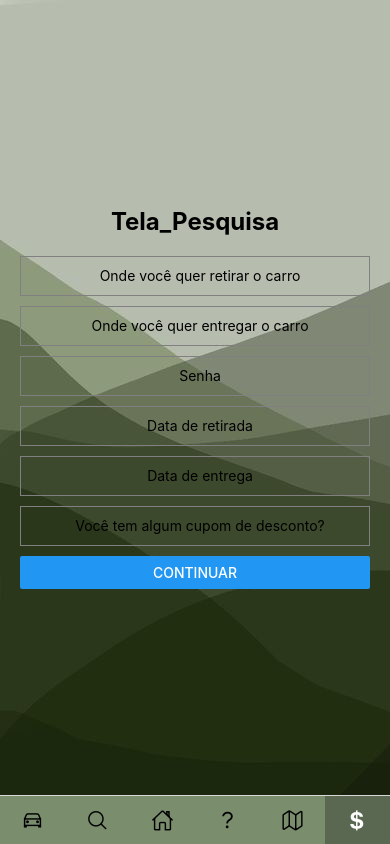
Repository: GabrielAron/EcoWheels
Page: /Pagamento
The author's editor kept a copy of each file at every save. The page is drawn from the files as they stood at one save, then again after the next save.
The browser window is 390 px wide. The pictures show the whole page.
The app was drawn by React Native's web renderer in a window 390 px wide. The project was rebuilt for these pictures with package versions that can differ from the ones it lists, and the page was loaded fresh each time. Also part of the build but not shown: src/Paginas/Home/index.js, src/Paginas/Carros/index.js, src/Paginas/Ajuda/index.js, src/Paginas/Mapa/index.js.

Above is the page before, as saved 2023-11-24 14:29:59.

### App.js
import React from 'react';
import Routes from './src/Paginas/routes';
import { ReservaProvider } from './src/Paginas/ReservaContext';


function App() {
  return (
    <ReservaProvider>
      <Routes />
    </ReservaProvider>
  );
}

export default App;

### src/Paginas/routes.js
import React from 'react';
import { createBottomTabNavigator } from '@react-navigation/bottom-tabs';
import { NavigationContainer } from '@react-navigation/native';
import { Ionicons } from '@expo/vector-icons';

import Home from './Home';
import Explorar from './Carros';
import Ajuda from './Ajuda';
import Reservas from './Locacoes';
import Recarga from './Mapa';
import Pagamento from './Pagamento/pagamento';

const Tab = createBottomTabNavigator();

export default function Routes() {
  return (
    <NavigationContainer>
      <Tab.Navigator
        tabBarOptions={{
          showLabel: false, // Oculta as etiquetas de texto das guias
          tabBarStyle: {
            position: 'absolute',
            backgroundColor: '#7A8D6D',
            height:700,
          },
          tabStyle: {
            elevation: 0,
          },
          inactiveBackgroundColor: '#7A8D6D',
          activeBackgroundColor: '#5A6851',
        }}
      >
        <Tab.Screen
          name="Reservas"
          component={Reservas}
          options={{
            headerShown: false,
            tabBarIcon: ({ color, size, focused }) => {
              if (focused) {
                return <Ionicons name="md-car" size={23} color="#FFF" />;
              } else {
                return <Ionicons name="md-car-outline" size={23} color="#000000" />;
              }
            },
          }}
        />
        <Tab.Screen
          name="Explorar"
          component={Explorar}
          options={{
            headerShown: false,
            tabBarIcon: ({ color, size, focused }) => {
              if (focused) {
                return <Ionicons name="md-search" size={23} color="#FFF" />;
              } else {
                return <Ionicons name="md-search-outline" size={23} color="#000000" />;
              }
            },
          }}
        />
        <Tab.Screen
          name="Home"
          component={Home}
          options={{
            headerShown: false,
            tabBarIcon: ({ color, size, focused }) => {
              if (focused) {
                return <Ionicons name="md-home" size={23} color="#FFF" />;
              } else {
                return <Ionicons name="md-home-outline" size={23} color="#000000" />;
              }
            },
          }}
        />
        <Tab.Screen
          name="Ajuda"
          component={Ajuda}
          options={{
            headerShown: false,
            tabBarIcon: ({ color, size, focused }) => {
              if (focused) {
                return <Ionicons name="md-help" size={23} color="#FFF" />;
              } else {
                return <Ionicons name="md-help-outline" size={23} color="#000000" />;
              }
            },
          }}
        />
        <Tab.Screen
          name="Recarga"
          component={Recarga}
          options={{
            headerShown: false,
            tabBarIcon: ({ color, size, focused }) => {
              if (focused) {
                return <Ionicons name="md-map" size={23} color="#FFF" />;
              } else {
                return <Ionicons name="md-map-outline" size={23} color="#000000" />;
              }
            },
          }}
        />
         <Tab.Screen
          name="Pagamento"
          component={Pagamento}
          options={{
            headerShown: false,
            tabBarIcon: ({ color, size, focused }) => {
              if (focused) {
                return <Ionicons name="logo-usd" size={23} color="#FFF" />;

              } else {
                return <Ionicons name="logo-usd" size={23} color="#000000" />;
              }
            },
          }}
        />
      </Tab.Navigator>
    </NavigationContainer>
  );
}

### src/Paginas/ReservaContext.js
import React, { createContext, useState } from 'react';

export const ReservaContext = createContext();

export const ReservaProvider = ({ children }) => {
  const [reservas, setReservas] = useState([]);

  return (
    <ReservaContext.Provider value={{ reservas, setReservas }}>
      {children}
    </ReservaContext.Provider>
  );
};

### src/Paginas/Locacoes/index.js
import React, { useState, useContext } from 'react';
import { View, Text, ImageBackground, Button, StyleSheet, ScrollView, Modal, Alert } from 'react-native';
import Fundo from '/imagens/fundoverde.jpg';
import { ReservaContext } from '../ReservaContext'; // Atualize o caminho conforme necessário

const Card = ({ id, title, image }) => {
  const [modalVisible, setModalVisible] = useState(false);
  const { reservas, setReservas } = useContext(ReservaContext);
  const [carros, setCarros] = useState([

      { id: 1, title: "QUALIDADE PARA UM CONFORTO E ÓTIMO PASSEIO - Exquisite Cruiser 1.8", image: "https://cdn.leonardo.ai/users/cf8d0bec-5da3-4e6a-aed2-13735b2a6925/generations/a40b4ef5-35ec-4e32-a5ff-cc2ef5e85345/PhotoReal_make_a_background_image_for_a_cell_phone_application_2.jpg?w=512" },
      { id: 2, title: "DESIGN E CONFORTO EM UM - Rider GT 3.0", image: "https://cdn.leonardo.ai/users/cf8d0bec-5da3-4e6a-aed2-13735b2a6925/generations/a40b4ef5-35ec-4e32-a5ff-cc2ef5e85345/PhotoReal_make_a_background_image_for_a_cell_phone_application_3.jpg?w=512" },
      { id: 3, title: "FORÇA PARA DESAFIOS OFF-Road - Viper GT 3.0 ", image: "https://cdn.leonardo.ai/users/cf8d0bec-5da3-4e6a-aed2-13735b2a6925/generations/a0fe3adc-2c2f-4336-bc49-e57599170dd1/PhotoReal_faa_um_hummer_eltrico_novo_andando_por_uma_cidade_3.jpg?w=512" },
      { id: 4, title: "UM CARRO ANTIGO E ESTILOSO PARA OS AMANTES DE CLÁSSICOS - Bentley 1.8", image: "https://cdn.leonardo.ai/users/cf8d0bec-5da3-4e6a-aed2-13735b2a6925/generations/c6457b66-6149-4c4d-8408-99c27071dc1e/PhotoReal_faa_um_carro_eletrico_executivo_andando_por_uma_cida_0.jpg?w=512" },
      { id: 5, title: "UM CARRO VERSÁTIL QUE ATENDE A TODAS AS NECESSIDADES FLEXUS X 1.0", image: "https://cdn.leonardo.ai/users/cf8d0bec-5da3-4e6a-aed2-13735b2a6925/generations/f62f0f84-2ea5-4c9d-a4e3-33ade848f3b2/PhotoReal_make_a_background_image_for_a_cell_phone_application_3.jpg?w=512" },
      { id: 6, title: "UMA OPÇÃO PERFEITA PARA QUEM BUSCA PRATICIDADE E CONFORTO - LUXURY DRIVE 1.6", image: "https://cdn.leonardo.ai/users/cf8d0bec-5da3-4e6a-aed2-13735b2a6925/generations/589507b8-d87b-4a85-b05e-c325ccebd6b6/PhotoReal_make_a_background_image_for_a_cell_phone_application_1.jpg?w=512" },
      { id: 7, title: "UM CARRO ESPORTIVO COM DESEMPENHO DE ALTA POTÊNCIA Vortex GT 5.0", image: "https://fotos-jornaldocarro-estadao.nyc3.cdn.digitaloceanspaces.com/wp-content/uploads/2023/01/13072602/Carro_esportivo.jpg" },
    ]);


  return (
    <View style={styles.card}>
      <ImageBackground source={{ uri: image }} style={styles.image}>
        <View style={styles.content}>
          <Text style={styles.title}>{title}</Text>
          <Button title="Reservar" onPress={() => setModalVisible(true)} />
        </View>
      </ImageBackground>

      <Modal
        animationType="slide"
        transparent={true}
        visible={modalVisible}
        onRequestClose={() => {
          Alert.alert("Modal has been closed.");
          setModalVisible(!modalVisible);
        }}
      >
        <View style={styles.centeredView}>
          <View style={styles.modalView}>
            <Text style={styles.modalText}>Deseja mesmo reservar o carro?</Text>

            <Button
              style={[styles.button, styles.buttonClose]}
              onPress={() => {
                setReservas([...reservas, { id, title, image }]);
                setCarros(carros.filter(carro => carro.id !== id));
                setModalVisible(!modalVisible);
              }}
              title="Sim"
            />
            <Button
              style={[styles.button, styles.buttonCancel]}
              onPress={() => setModalVisible(!modalVisible)}
              title="Não"
            />
          </View>
        </View>
      </Modal>
    </View>
  );
};

export default function Reservas() {
  return (
    <View style={styles.container}>
      <ImageBackground source={Fundo} style={styles.image}>
        <Text style={styles.text}>Carros</Text>
        <View style={styles.cardContainer}>
          <ScrollView showsVerticalScrollIndicator={false}>
            <Card id={1} title="QUALIDADE PARA UM CONFORTO E ÓTIMO PASSEIO - Exquisite Cruiser 1.8" image="https://cdn.leonardo.ai/users/cf8d0bec-5da3-4e6a-aed2-13735b2a6925/generations/a40b4ef5-35ec-4e32-a5ff-cc2ef5e85345/PhotoReal_make_a_background_image_for_a_cell_phone_application_2.jpg?w=512" />
            <Card id={2} title="DESIGN E CONFORTO EM UM - Rider GT 3.0" image="https://cdn.leonardo.ai/users/cf8d0bec-5da3-4e6a-aed2-13735b2a6925/generations/a40b4ef5-35ec-4e32-a5ff-cc2ef5e85345/PhotoReal_make_a_background_image_for_a_cell_phone_application_3.jpg?w=512" />
            <Card id={3} title="FORÇA PARA DESAFIOS OFF-Road - Viper GT 3.0 " image="https://cdn.leonardo.ai/users/cf8d0bec-5da3-4e6a-aed2-13735b2a6925/generations/a0fe3adc-2c2f-4336-bc49-e57599170dd1/PhotoReal_faa_um_hummer_eltrico_novo_andando_por_uma_cidade_3.jpg?w=512" />
            <Card id={4} title="UM CARRO ANTIGO E ESTILOSO PARA OS AMANTES DE CLÁSSICOS - Bentley 1.8" image="https://cdn.leonardo.ai/users/cf8d0bec-5da3-4e6a-aed2-13735b2a6925/generations/c6457b66-6149-4c4d-8408-99c27071dc1e/PhotoReal_faa_um_carro_eletrico_executivo_andando_por_uma_cida_0.jpg?w=512" />
            <Card id={5} title="UM CARRO VERSÁTIL QUE ATENDE A TODAS AS NECESSIDADES FLEXUS X 1.0" image="https://cdn.leonardo.ai/users/cf8d0bec-5da3-4e6a-aed2-13735b2a6925/generations/f62f0f84-2ea5-4c9d-a4e3-33ade848f3b2/PhotoReal_make_a_background_image_for_a_cell_phone_application_3.jpg?w=512" />
            <Card id={6} title="UMA OPÇÃO PERFEITA PARA QUEM BUSCA PRATICIDADE E CONFORTO - LUXURY DRIVE 1.6" image="https://cdn.leonardo.ai/users/cf8d0bec-5da3-4e6a-aed2-13735b2a6925/generations/589507b8-d87b-4a85-b05e-c325ccebd6b6/PhotoReal_make_a_background_image_for_a_cell_phone_application_1.jpg?w=512" />
            <Card id={7} title="UM CARRO ESPORTIVO COM DESEMPENHO DE ALTA POTÊNCIA Vortex GT 5.0" image="https://fotos-jornaldocarro-estadao.nyc3.cdn.digitaloceanspaces.com/wp-content/uploads/2023/01/13072602/Carro_esportivo.jpg" />
          </ScrollView>
        </View>
      </ImageBackground>
    </View>
  );
}


const styles = StyleSheet.create({
  container: {
    flex: 1,
  },
  image: {
    flex: 1,
    resizeMode: 'cover',
    justifyContent: 'center',
  },
  text: {
    color: '#fffbff',
    fontSize: 36,
    position: 'absolute',
    top: 50,
    left: 0,
    right: 0,
    fontWeight: 'bold',
    textAlign: 'center',
  },
  cardContainer: {
    flex: 1,
    alignItems: 'center',
    justifyContent: 'center',
    paddingTop: 200,
    paddingLeft: 75,
  },
  card: {
    width: '90%',
    height: 200,
    marginBottom: 45,
    borderRadius: 10,
    overflow: 'hidden',
  },
  image: {
    flex: 1,
    resizeMode: 'cover',
    justifyContent: 'center',
  },
  content: {
    padding: 10,
    alignItems: 'center',
    justifyContent: 'center',
  },
  title: {
    fontSize: 16,
    fontWeight: 'bold',
    color: '#fffbff',
  },
  overlay: {
    ...StyleSheet.absoluteFillObject,
    backgroundColor: 'rgba(128, 128, 128, 0.5)',
  },
  centeredView: {
    flex: 1,
    justifyContent: "center",
    alignItems: "center",
    marginTop: 22
  },
  modalView: {
    margin: 20,
    backgroundColor: "white",
    borderRadius: 20,
    padding: 35,
    alignItems: "center",
    shadowColor: "#000",
    shadowOffset: {
      width: 0,
      height: 2
    },
    shadowOpacity: 0.25,
    shadowRadius: 4,
    elevation: 5
  },
  button: {
    borderRadius: 20,
    padding: 10,
    elevation: 2
  },
  buttonClose: {
    backgroundColor: "#2196F3",
  },
  buttonCancel: {
    backgroundColor: "#f00",
  },
  modalText: {
    marginBottom: 15,
    textAlign: "center"
  }
});

### src/Paginas/Pagamento/pagamento.js
import React from 'react';
import { View, Text, TextInput, Button, StyleSheet, ImageBackground } from 'react-native';
import Fundo from './imagens/fundoverde.jpg';

export default function Pagamento() {
  return (
    <ImageBackground source={Fundo} style={styles.image}>
      <View style={styles.container}>
        <Text style={styles.title}>Tela_Pesquisa</Text>
        <TextInput style={styles.input} placeholder="Onde você quer retirar o carro" />
        <TextInput style={styles.input} placeholder="Onde você quer entregar o carro" />
        <TextInput style={styles.input} placeholder="Senha" secureTextEntry={true} />
        <TextInput style={styles.input} placeholder="Data de retirada" />
        <TextInput style={styles.input} placeholder="Data de entrega" />
        <TextInput style={styles.input} placeholder="Você tem algum cupom de desconto?" />
        <Button title="Continuar" onPress={() => {}} />
      </View>
    </ImageBackground>
  );
}

const styles = StyleSheet.create({
  container: {
    flex: 1,
    justifyContent: 'center',
    padding: 20,
  },
  image: {
    flex: 1,
    resizeMode: 'cover',
    justifyContent: 'center',
  },
  title: {
    fontSize: 24,
    fontWeight: 'bold',
    textAlign: 'center',
    marginBottom: 20,
  },
  input: {
    height: 40,
    borderColor: 'gray',
    borderWidth: 1,
    marginBottom: 10,
    paddingLeft: 10,
    textAlign: 'center',
  },
});

After the next save:
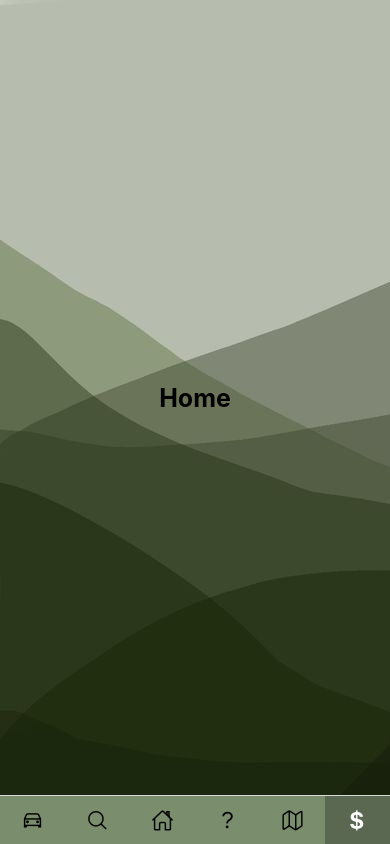
Saved 53 s later.
--- a/src/Paginas/Pagamento/pagamento.js
+++ b/src/Paginas/Pagamento/pagamento.js
@@ -1,47 +1,30 @@
-import React from 'react';
-import { View, Text, TextInput, Button, StyleSheet, ImageBackground } from 'react-native';
-import Fundo from './imagens/fundoverde.jpg';
 
-export default function Pagamento() {
+import { View, Text, ImageBackground, StyleSheet } from 'react-native';
+import Fundo from '/imagens/fundoverde.jpg';
+
+export default function pagamento() {
   return (
-    <ImageBackground source={Fundo} style={styles.image}>
-      <View style={styles.container}>
-        <Text style={styles.title}>Tela_Pesquisa</Text>
-        <TextInput style={styles.input} placeholder="Onde você quer retirar o carro" />
-        <TextInput style={styles.input} placeholder="Onde você quer entregar o carro" />
-        <TextInput style={styles.input} placeholder="Senha" secureTextEntry={true} />
-        <TextInput style={styles.input} placeholder="Data de retirada" />
-        <TextInput style={styles.input} placeholder="Data de entrega" />
-        <TextInput style={styles.input} placeholder="Você tem algum cupom de desconto?" />
-        <Button title="Continuar" onPress={() => {}} />
-      </View>
-    </ImageBackground>
+    <View style={styles.container}>
+      <ImageBackground source={Fundo} style={styles.image}>
+        <Text style={styles.text}>Home</Text>
+      </ImageBackground>
+    </View>
   );
 }
 
 const styles = StyleSheet.create({
   container: {
     flex: 1,
-    justifyContent: 'center',
-    padding: 20,
   },
   image: {
     flex: 1,
     resizeMode: 'cover',
     justifyContent: 'center',
   },
-  title: {
-    fontSize: 24,
+  text: {
+    fontSize: 25,
+    color: '#000',
     fontWeight: 'bold',
-    textAlign: 'center',
-    marginBottom: 20,
-  },
-  input: {
-    height: 40,
-    borderColor: 'gray',
-    borderWidth: 1,
-    marginBottom: 10,
-    paddingLeft: 10,
     textAlign: 'center',
   },
 });
